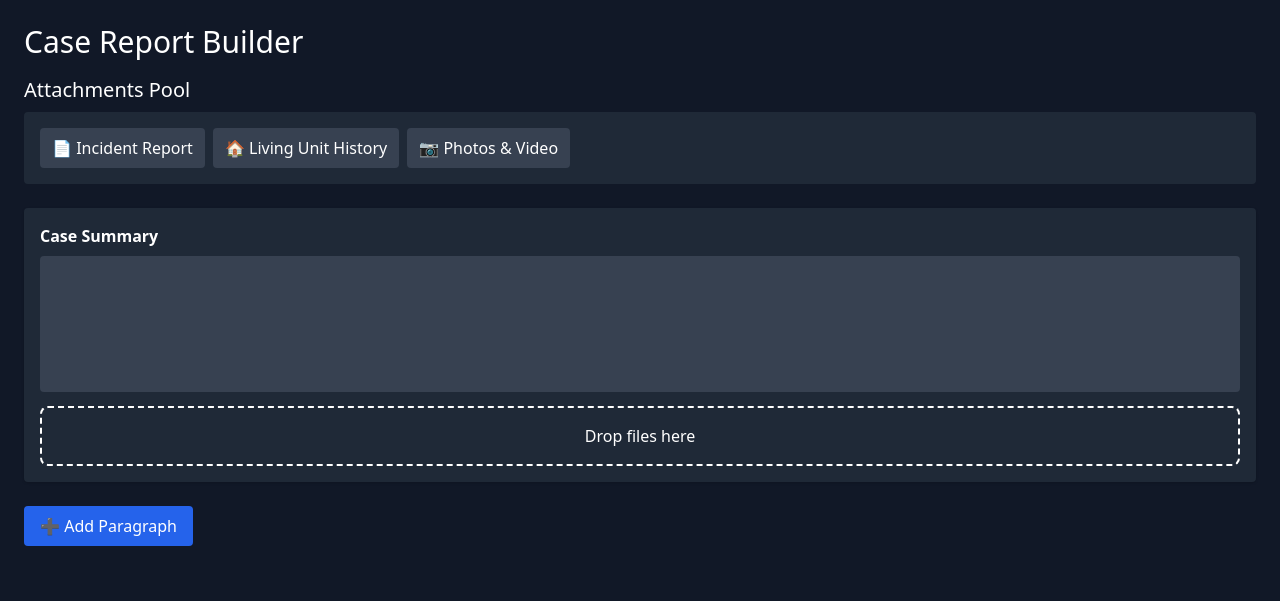
Repository: GettinLudes/CaseBuilder
Page: /
An editor plug-in stored every save of this project. The page is shown before and after the next save, followed by the edit.
The browser window is 1280 px wide. The pictures show the whole page.
The project was rebuilt for these pictures with package versions that can differ from the ones it lists, and the page was loaded fresh each time. Also part of the build but not shown: svelte.config.js, vite.config.js.

Above is the page before, as saved 2025-04-11 12:44:19.

### index.html
<!DOCTYPE html>
<html lang="en">
	<head>
		<meta charset="UTF-8" />
		<link rel="icon" type="image/svg+xml" href="/vite.svg" />
		<meta name="viewport" content="width=device-width, initial-scale=1.0" />
		<link
			href="https://fonts.googleapis.com/css2?family=Inter:wght@400;600;700&display=swap"
			rel="stylesheet" />
		<title>Case Builder ⛑</title>
	</head>
	<body>
		<div id="app"></div>
		<script type="module" src="/src/main.js"></script>
	</body>
</html>

### src/main.js
import './app.css';
import App from './App.svelte';

const app = new App({
	target: document.getElementById('app')
});

export default app;

### src/App.svelte
<script>
	import { onMount } from 'svelte';
	import gsap from 'gsap';
	import Sortable from 'sortablejs';

	import AttachmentPool from './components/AttachmentPool.svelte';
import AttachmentDropzone from './components/AttachmentDropzone.svelte';


	let attachments = [
	  { id: 1, name: 'Incident Report', icon: '📄' },
	  { id: 2, name: 'Living Unit History', icon: '🏠' },
	  { id: 3, name: 'Photos & Video', icon: '📷' },
	];

	let paragraphs = [
	  { id: 1, title: 'Case Summary', content: '', attachmentIds: [] }
	];

	function addParagraph() {
	  const id = paragraphs.length + 1;
	  paragraphs = [...paragraphs, { id, title: `Paragraph #${id}`, content: '', attachmentIds: [] }];
	  setTimeout(() => animateIn(id), 0);
	}

	function animateIn(id) {
	  const el = document.querySelector(`#para-${id}`);
	  if (el) {
		gsap.fromTo(el, { opacity: 0, y: 20 }, { opacity: 1, y: 0, duration: 0.4 });
	  }
	}

	onMount(() => {
	  Sortable.create(document.getElementById('attachments'), {
		group: 'shared',
		animation: 150,
		ghostClass: 'opacity-30'
	  });

	  document.querySelectorAll('.paragraph-dropzone').forEach((el) => {
		Sortable.create(el, {
		  group: 'shared',
		  animation: 150,
		  ghostClass: 'opacity-30',
		  onAdd: (evt) => {
			const paraId = parseInt(evt.to.dataset.paraId);
			const attachmentId = parseInt(evt.item.dataset.attachmentId);

			paragraphs = paragraphs.map(p => {
			  if (p.id === paraId && !p.attachmentIds.includes(attachmentId)) {
				p.attachmentIds.push(attachmentId);
			  }
			  return p;
			});
		  }
		});
	  });
	});
  </script>

  <main class="p-6 text-white bg-gray-900 min-h-screen">
	<h1 class="text-3xl mb-4">Case Report Builder</h1>

	<h2 class="text-xl mb-2">Attachments Pool</h2>
	<AttachmentPool {attachments} />

	<div id="paragraphs" class="space-y-4 mt-6">
	  {#each paragraphs as p (p.id)}
		<div id={"para-" + p.id} class="bg-gray-800 p-4 rounded shadow transition-all">
		  <h2 class="font-semibold mb-2">{p.title}</h2>
		  <textarea bind:value={p.content} class="w-full p-2 bg-gray-700 text-white rounded resize-none mb-2" rows="5"></textarea>
		  <AttachmentDropzone paraId={p.id} attached={p.attachmentIds} allAttachments={attachments} />
		</div>
	  {/each}
	</div>

	<button on:click={addParagraph} class="mt-6 px-4 py-2 bg-blue-600 hover:bg-blue-700 rounded">
	  ➕ Add Paragraph
	</button>
  </main>

### src/components/AttachmentPool.svelte
<script>
	export let attachments = [];
  </script>

  <div id="attachments" class="flex flex-wrap gap-2 p-4 bg-gray-800 rounded">
	{#each attachments as item (item.id)}
	  <div
		class="p-2 px-3 rounded bg-gray-700 text-white cursor-grab"
		data-attachment-id={item.id}
	  >
		{item.icon} {item.name}
	  </div>
	{/each}
  </div>

### src/components/AttachmentDropzone.svelte
<script>
	export let onDrop = () => {};
  </script>

  <div class="p-4 border-2 border-dashed border-white rounded-lg text-center">
	<p>Drop files here</p>
  </div>

### tailwind.config.cjs
/** @type {import('tailwindcss').Config} */
module.exports = {
	content: ['./index.html', './src/**/*.{js,svelte}'],
	theme: {
		extend: {},
	},
	plugins: [],
}

Loaded but not shown: src/app.css (common file)

After the next save:
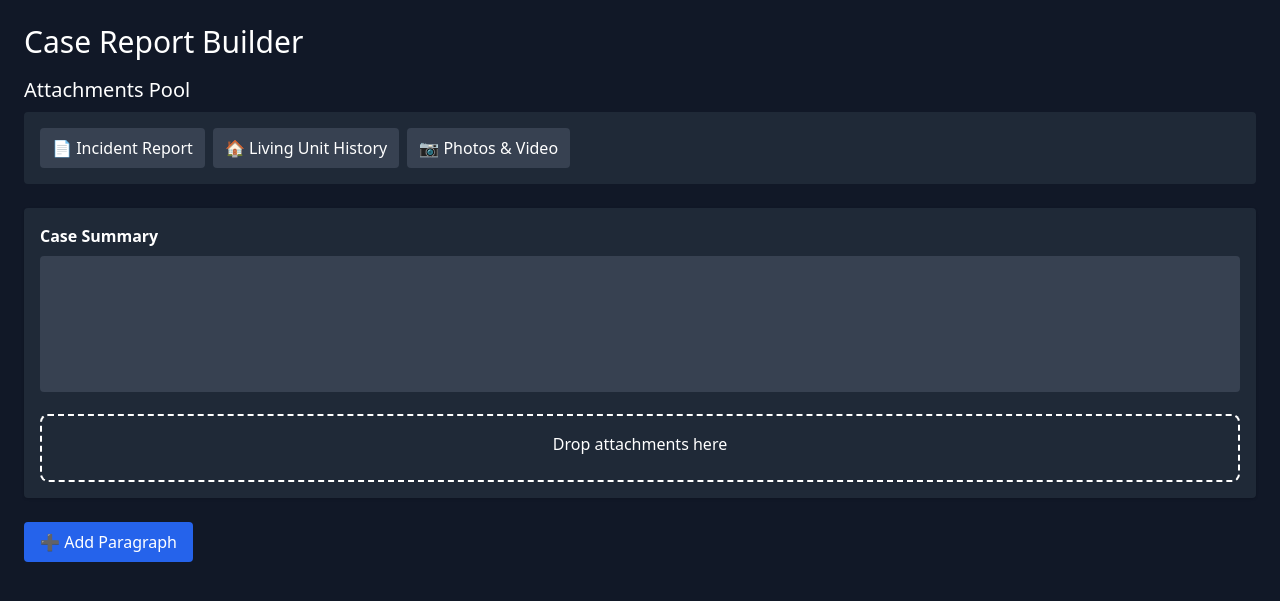
Saved 9 s later.
--- a/src/components/AttachmentDropzone.svelte
+++ b/src/components/AttachmentDropzone.svelte
@@ -1,7 +1,19 @@
 <script>
-	export let onDrop = () => {};
+	export let paraId;
+	export let attached = [];
+	export let allAttachments = [];
   </script>
 
-  <div class="p-4 border-2 border-dashed border-white rounded-lg text-center">
-	<p>Drop files here</p>
+  <div
+	class="p-4 border-2 border-dashed border-white rounded-lg text-center paragraph-dropzone mt-2"
+	data-para-id={paraId}
+  >
+	<p class="mb-2">Drop attachments here</p>
+	<ul>
+	  {#each attached as id}
+		{#each allAttachments.filter(a => a.id === id) as item}
+		  <li>{item.name}</li>
+		{/each}
+	  {/each}
+	</ul>
   </div>
